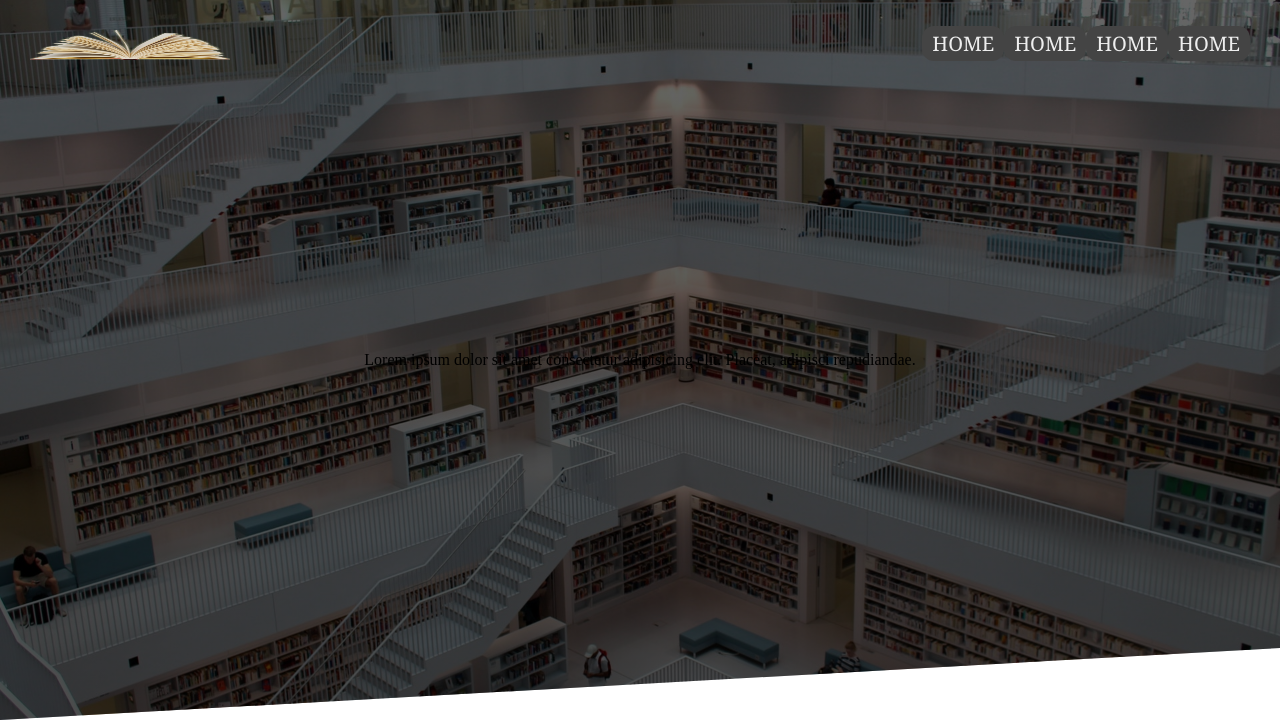
Repository: imedakrouti/BookStore
Page: ex.html
These files come from the project's save history. The page is drawn as it stood at one moment and after the next save; the edit follows.
The browser window is 1280 px wide. The pictures show the whole page.

Above is the page before, as saved 2020-05-06 21:52:20.

After the next save:
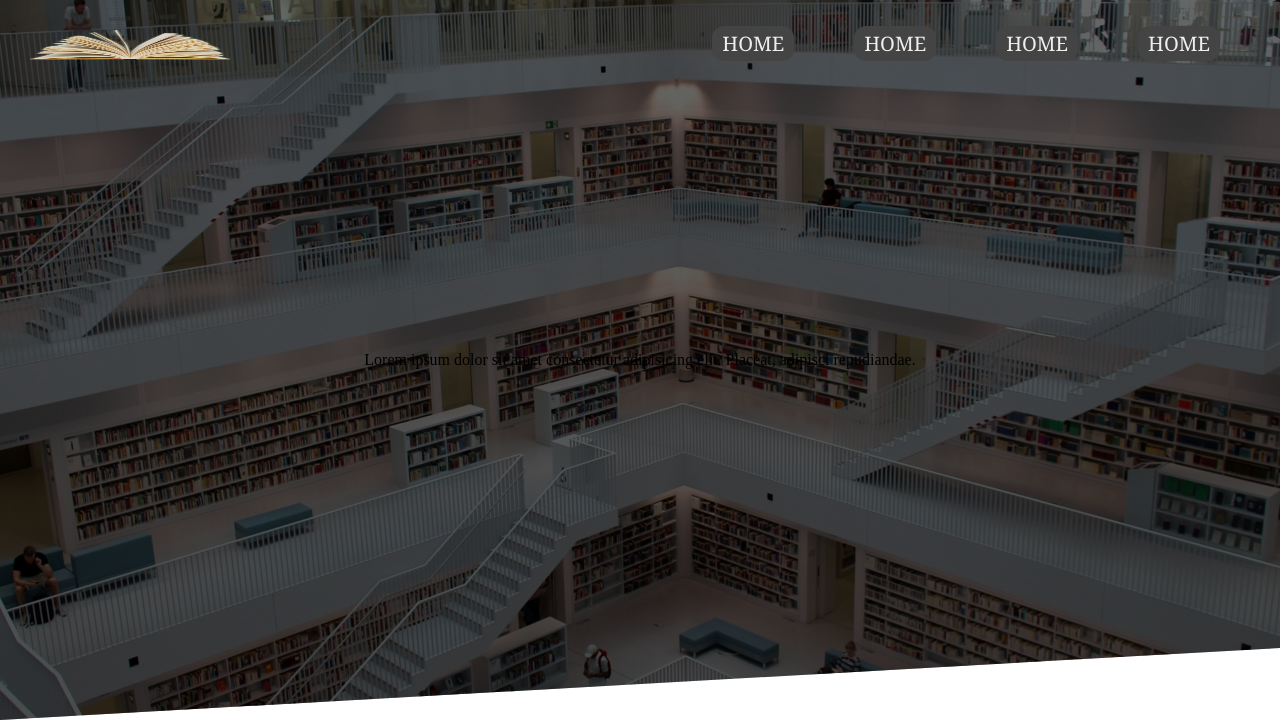
Saved 31 s later.
--- a/ex.html
+++ b/ex.html
@@ -33,6 +33,7 @@
     }
     ul li{
         list-style: none;
+        margin: 0 30px;
     }
     ul li a{
         text-decoration: none;

After the save that followed:
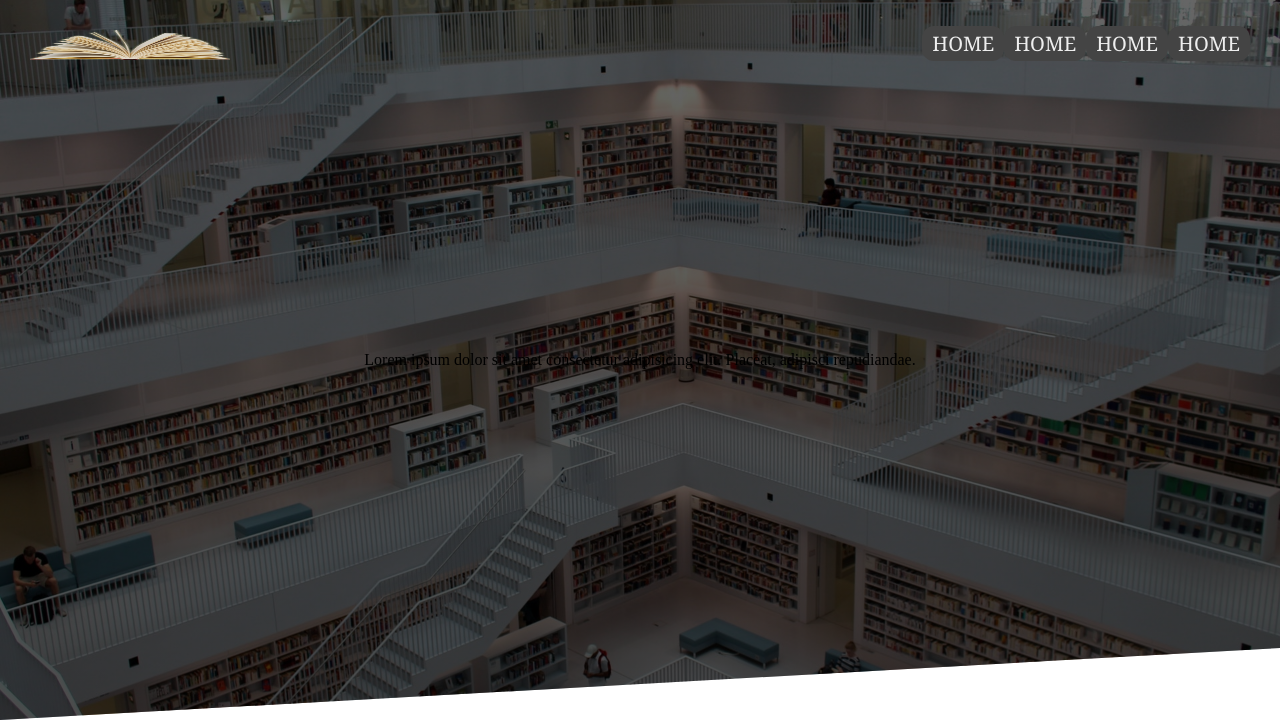
Saved 9 s later.
--- a/ex.html
+++ b/ex.html
@@ -33,7 +33,7 @@
     }
     ul li{
         list-style: none;
-        margin: 0 30px;
+       display: block;
     }
     ul li a{
         text-decoration: none;
